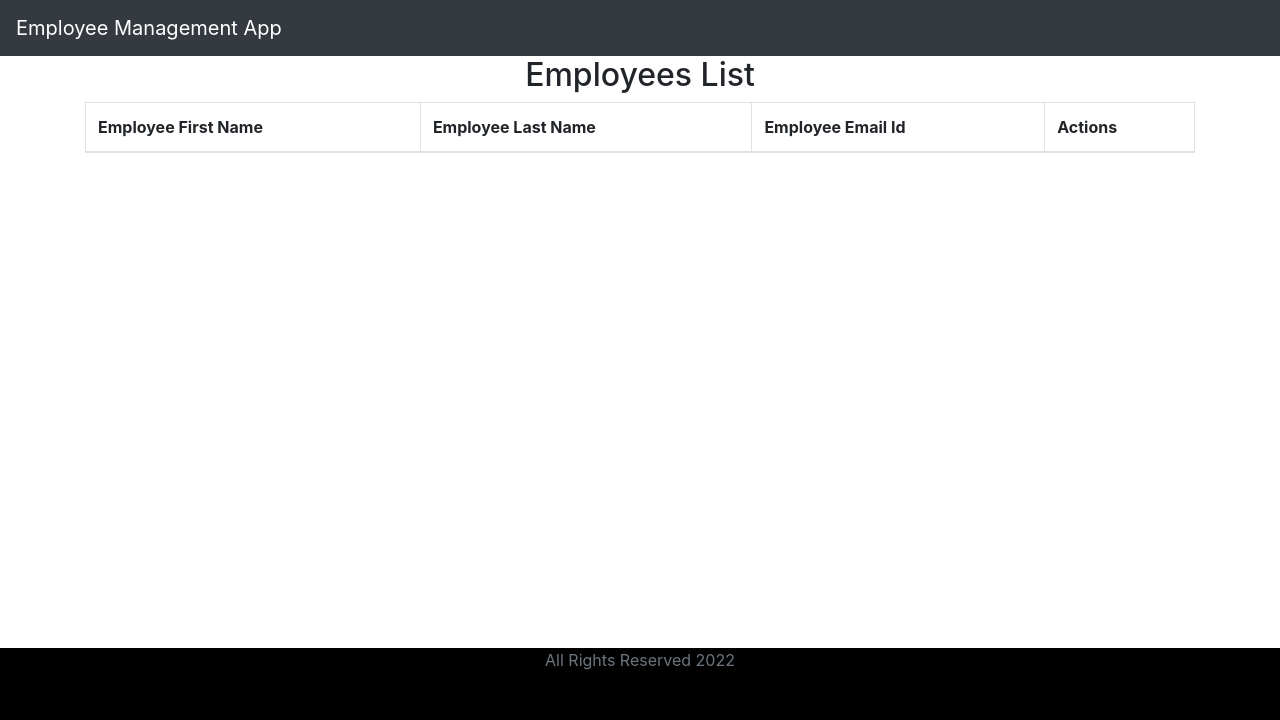
Repository: cavidk/react-springboot-crud-app-front
Page: / (app in react-fontend/)
An editor plug-in stored every save of this project. The page is shown before and after the next save, followed by the edit.
The browser window is 1280 px wide. The pictures show the whole page.
The page's requests for data from a server got no answer. The project was rebuilt for these pictures with package versions that can differ from the ones it lists, and the page was loaded fresh each time. No one was signed in, and anything a server would have sent is missing.

Above is the page before, as saved 2022-09-18 12:46:34.

### react-fontend/public/index.html
<!DOCTYPE html>
<html lang="en">
  <head>
    <meta charset="utf-8" />
    <link rel="icon" href="%PUBLIC_URL%/favicon.ico" />
    <meta name="viewport" content="width=device-width, initial-scale=1" />
    <meta name="theme-color" content="#000000" />
    <meta
      name="description"
      content="Web site created using create-react-app"
    />
    <link rel="apple-touch-icon" href="%PUBLIC_URL%/logo192.png" />
    <!--
      manifest.json provides metadata used when your web app is installed on a
      user's mobile device or desktop. See https://developers.google.com/web/fundamentals/web-app-manifest/
    -->
    <link rel="manifest" href="%PUBLIC_URL%/manifest.json" />
    <!--
      Notice the use of %PUBLIC_URL% in the tags above.
      It will be replaced with the URL of the `public` folder during the build.
      Only files inside the `public` folder can be referenced from the HTML.

      Unlike "/favicon.ico" or "favicon.ico", "%PUBLIC_URL%/favicon.ico" will
      work correctly both with client-side routing and a non-root public URL.
      Learn how to configure a non-root public URL by running `npm run build`.
    -->
    <title>React App</title>
    <link rel="stylesheet" href="https://cdn.jsdelivr.net/npm/bootstrap@4.0.0/dist/css/bootstrap.min.css" integrity="sha384-Gn5384xqQ1aoWXA+058RXPxPg6fy4IWvTNh0E263XmFcJlSAwiGgFAW/dAiS6JXm" crossorigin="anonymous">
  </head>
  <body>
    <noscript>You need to enable JavaScript to run this app.</noscript>
    <div id="root"></div>
    <!--
      This HTML file is a template.
      If you open it directly in the browser, you will see an empty page.

      You can add webfonts, meta tags, or analytics to this file.
      The build step will place the bundled scripts into the <body> tag.

      To begin the development, run `npm start` or `yarn start`.
      To create a production bundle, use `npm run build` or `yarn build`.
    -->
  </body>
</html>

### react-fontend/src/index.js
import React from 'react';
import ReactDOM from 'react-dom/client';
import './index.css';
import App from './App';
import reportWebVitals from './reportWebVitals';


const root = ReactDOM.createRoot(document.getElementById('root'));
root.render(
    <React.StrictMode>
      <App />
    </React.StrictMode>
 );

// If you want to start measuring performance in your app, pass a function
// to log results (for example: reportWebVitals(console.log))
// or send to an analytics endpoint. Learn more: https://bit.ly/CRA-vitals
reportWebVitals();

### react-fontend/src/App.js

import './App.css';
import ListEmployeeComponent from './components/ListEmployeeComponent';
import HeaderComponent from './components/HeaderComponent';
import FooterComponent from './components/FooterComponent';

function App() {
  return (

    <div>
          <HeaderComponent />
        <div className="container">
          <ListEmployeeComponent />
        </div>
          <FooterComponent />
    </div>
  );
}

export default App;

### react-fontend/src/App.css
.App {
  text-align: center;
}

.App-logo {
  height: 40vmin;
  pointer-events: none;
}

@media (prefers-reduced-motion: no-preference) {
  .App-logo {
    animation: App-logo-spin infinite 20s linear;
  }
}

.App-header {
  background-color: #282c34;
  min-height: 100vh;
  display: flex;
  flex-direction: column;
  align-items: center;
  justify-content: center;
  font-size: calc(10px + 2vmin);
  color: white;
}

.App-link {
  color: #61dafb;
}

@keyframes App-logo-spin {
  from {
    transform: rotate(0deg);
  }
  to {
    transform: rotate(360deg);
  }
}

.footer{
position: absolute;
bottom: 0%;
width: 100%;
height: 10%;
background-color: black;
text-align: center;
color: white;
}

### react-fontend/src/components/ListEmployeeComponent.jsx
import React, { Component } from 'react'
import EmployeeService from '../services/EmployeeService'

export default class ListEmployeeComponent extends Component {
  constructor(props){
   super(props)

   this.state = {

      employees : []
   }
  }

    componentDidMount(){
       EmployeeService.getEmployees().then((res) => {
          this.setState({employees: res.data});

   });
  }

   render() {
    return (
      <div>
        <h2 className="text-center">Employees List</h2>
        <div className="row"></div>
        <table className="table table-striped table-bordered">
          <thead>
            <tr>
             <th>Employee First Name</th>
             <th>Employee Last Name</th>
             <th>Employee Email Id</th>
             <th>Actions</th>
            </tr>
          </thead>
            <tbody>
               {
                 this.state.employees.map(
                   employee =>
                   <tr key = {employee.id}>
                       <td>{employee.firstName}</td>
                       <td>{employee.lastName}</td>
                       <td>{employee.emailId}</td>
                   </tr>
                 )
               }
            </tbody>
         </table>
      </div>
    )
  }
}

### react-fontend/src/components/HeaderComponent.js
import React, { Component } from 'react'

export default class HeaderComponent extends Component {
  render() {

    return (
       <div>
         <header>
           <nav className="navbar navbar-expand-md navbar-dark bg-dark">
        <div>
            <a href='https://github.com/cavidk' className='navbar-brand'>
              Employee Management App
            </a>
        </div>
        </nav>
         </header>
       </div>
    )
  }
}

### react-fontend/src/components/FooterComponent.jsx
import React, { Component } from 'react'

export default class FooterComponent extends Component {
  render() {
    return (
      <div>
         <footer className= "footer">

          <span className='text-muted'>All Rights Reserved 2022</span>

         </footer>
      </div>
    )
  }
}

### react-fontend/src/services/EmployeeService.js
import axios from 'axios';

const EMPLOYEE_APP_BASE_URL = "http://localhost:8080/api/v1/employees";

class EmployeeService{
   getEmployees(){
      return axios.get("EMPLOYEE_APP_BASE_URL", this.getEmployees);
   }
}
export default new EmployeeService()

Loaded but not shown: react-fontend/src/index.css (common file); react-fontend/src/reportWebVitals.js (common file)

After the next save:
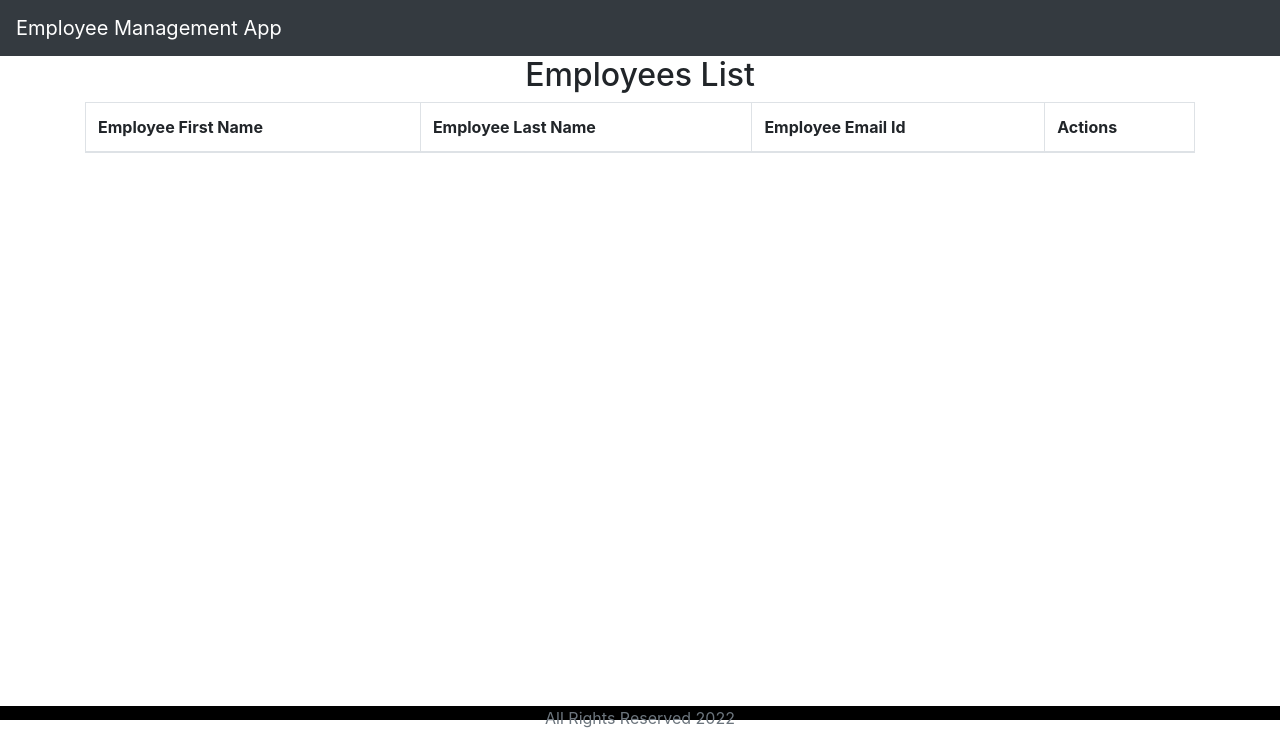
Saved 11 s later.
--- a/react-fontend/src/App.css
+++ b/react-fontend/src/App.css
@@ -41,7 +41,7 @@
 position: absolute;
 bottom: 0%;
 width: 100%;
-height: 10%;
+height: 2%;
 background-color: black;
 text-align: center;
 color: white;
